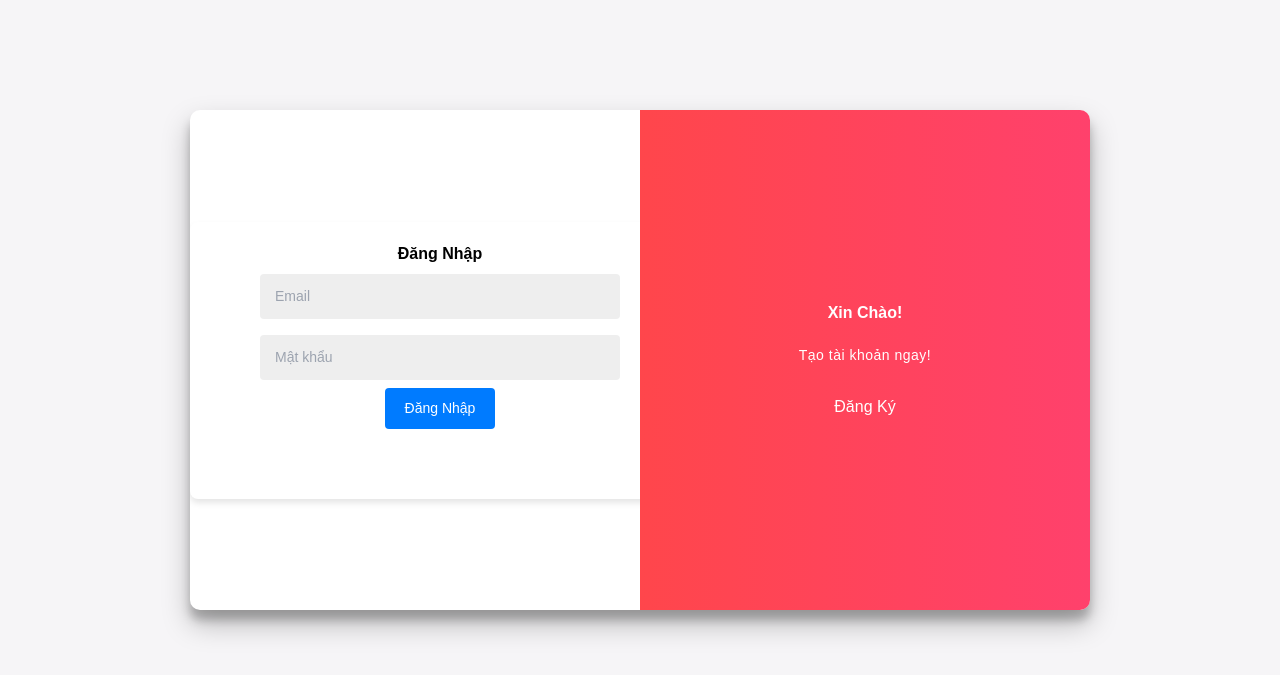
Repository: BlackWolf2002/project_airbn_react
Page: /admin/bookings
These files come from the project's save history. The page is drawn as it stood at one moment and after the next save; the edit follows.
The browser window is 1280 px wide. The pictures show the whole page.
The project was rebuilt for these pictures with package versions that can differ from the ones it lists, and the page was loaded fresh each time. Also part of the build but not shown: vite.config.js, src/api/apiService.js, src/style/Home.css, src/components/Navbar.jsx, src/style/Footer.css, src/components/Footer.jsx, src/components/Home.jsx, src/style/Admin.css and 17 more.

Above is the page before, as saved 2025-02-16 19:21:56.

### src/App.jsx
import React from "react";
import {
    BrowserRouter as Router,
    Route,
    Routes,
    Navigate,
} from "react-router-dom";
import { AuthProvider } from "./contexts/AuthContext";
import Home from "./components/Home";
import Login from "./pages/Login";
import AdminPage from "./pages/AdminPage";
import AdminRoute from "./routes/AdminRoute";
import RoomManagement from "./pages/RoomManagement";
import ViTri from "./pages/ViTri";
import BookingManagement from "./pages/BookingManagement";

function App() {
    return (
        <AuthProvider>
            <Router>
                <Routes>
                    <Route path="/" element={<Home />} />
                    <Route path="/login" element={<Login />} />
                    <Route path="/register" element={<Login />} />

                    {/* Nếu vào /admin, tự động chuyển hướng đến /admin/users */}
                    <Route
                        path="/admin"
                        element={<Navigate to="/admin/users" />}
                    />

                    {/* Route cho trang Admin */}
                    <Route
                        path="/admin/users"
                        element={
                            <AdminRoute>
                                <AdminPage />
                            </AdminRoute>
                        }
                    />

                    {/* Route cho quản lý Room */}
                    <Route
                        path="/admin/rooms"
                        element={
                            <AdminRoute>
                                <RoomManagement />
                            </AdminRoute>
                        }
                    />

                    {/* Route cho quản lý Vị Trí*/}
                    <Route
                        path="/admin/locations"
                        element={
                            <AdminRoute>
                                <ViTri />
                            </AdminRoute>
                        }
                    />

                    {/* Route cho quản lý Booking*/}
                    <Route
                        path="/admin/bookings"
                        element={
                            <AdminRoute>
                                <BookingManagement />
                            </AdminRoute>
                        }
                    />
                </Routes>
            </Router>
        </AuthProvider>
    );
}

export default App;

### src/contexts/AuthContext.jsx
import React, { createContext, useState, useEffect } from "react";

export const AuthContext = createContext();

export const AuthProvider = ({ children }) => {
    const [user, setUser] = useState(null);

    useEffect(() => {
        try {
            const storedUser = localStorage.getItem("user");
            if (storedUser) {
                setUser(JSON.parse(storedUser)); // Kiểm tra JSON trước khi parse
            }
        } catch (error) {
            console.error("Lỗi parse JSON:", error);
            localStorage.removeItem("user"); // Xóa dữ liệu lỗi
        }
    }, []);

    const loginUser = (userData) => {
        setUser(userData);
        localStorage.setItem("user", JSON.stringify(userData));
    };

    const logoutUser = () => {
        setUser(null);
        localStorage.removeItem("user");
        localStorage.removeItem("token");
    };

    return (
        <AuthContext.Provider value={{ user, loginUser, logoutUser }}>
            {children}
        </AuthContext.Provider>
    );
};

### src/pages/Login.jsx
import React, { useState, useContext } from "react";
import { AuthContext } from "../contexts/AuthContext";
import { login, register } from "../api/authService";
import { useNavigate } from "react-router-dom";
import "../style/Login.css";

const Login = () => {
    const { loginUser } = useContext(AuthContext);
    const navigate = useNavigate();
    const [formData, setFormData] = useState({ email: "", password: "" });
    const [isLogin, setIsLogin] = useState(true);
    const [message, setMessage] = useState("");

    const handleChange = (e) => {
        setFormData({ ...formData, [e.target.name]: e.target.value });
    };

    const handleSubmit = async (e) => {
        e.preventDefault();
        try {
            if (isLogin) {
                const data = await login(formData.email, formData.password);

                if (!data || !data.user) {
                    setMessage("Email hoặc mật khẩu không đúng!");
                    return;
                }

                // Lưu thông tin người dùng vào localStorage
                loginUser(data.user);
                localStorage.setItem("token", data.token);
                localStorage.setItem("user", JSON.stringify(data.user));

                // Nếu user là Admin, chuyển đến trang Admin
                if (data.user.role === "ADMIN") {
                    navigate("/admin");
                } else {
                    navigate("/");
                }
            } else {
                await register(formData);
                setMessage("Đăng ký thành công! Hãy đăng nhập.");
                setIsLogin(true);
            }
        } catch (error) {
            console.error("Lỗi API:", error);
            setMessage("Có lỗi xảy ra! Vui lòng thử lại.");
        }
    };

    return (
        <div
            className={`container-login ${isLogin ? "" : "right-panel-active"}`}
        >
            <div className="form-container sign-in-container">
                <form onSubmit={handleSubmit}>
                    <h1>Đăng Nhập</h1>
                    <input
                        type="email"
                        name="email"
                        placeholder="Email"
                        onChange={handleChange}
                        required
                    />
                    <input
                        type="password"
                        name="password"
                        placeholder="Mật khẩu"
                        onChange={handleChange}
                        required
                    />
                    <button type="submit">Đăng Nhập</button>
                    <p className="message">{message}</p>
                </form>
            </div>

            <div className="form-container sign-up-container">
                <form onSubmit={handleSubmit}>
                    <h1>Đăng Ký</h1>
                    <input
                        type="text"
                        name="name"
                        placeholder="Tên"
                        onChange={handleChange}
                        required
                    />
                    <input
                        type="email"
                        name="email"
                        placeholder="Email"
                        onChange={handleChange}
                        required
                    />
                    <input
                        type="password"
                        name="password"
                        placeholder="Mật khẩu"
                        onChange={handleChange}
                        required
                    />
                    <button type="submit">Đăng Ký</button>
                    <p className="message">{message}</p>
                </form>
            </div>

            <div className="overlay-container">
                <div className="overlay">
                    <div className="overlay-panel overlay-left">
                        <h1>Chào Mừng Trở Lại!</h1>
                        <p>Để tiếp tục, hãy đăng nhập</p>
                        <button
                            className="ghost"
                            onClick={() => setIsLogin(true)}
                        >
                            Đăng Nhập
                        </button>
                    </div>
                    <div className="overlay-panel overlay-right">
                        <h1>Xin Chào!</h1>
                        <p>Tạo tài khoản ngay!</p>
                        <button
                            className="ghost"
                            onClick={() => setIsLogin(false)}
                        >
                            Đăng Ký
                        </button>
                    </div>
                </div>
            </div>
        </div>
    );
};

export default Login;

### src/routes/AdminRoute.jsx
import React, { useContext, useEffect, useState } from "react";
import { Navigate } from "react-router-dom";
import { AuthContext } from "../contexts/AuthContext";

const AdminRoute = ({ children }) => {
    const { user, loginUser } = useContext(AuthContext);
    const [isLoading, setIsLoading] = useState(true);

    useEffect(() => {
        const storedUser = localStorage.getItem("user");
        if (storedUser) {
            loginUser(JSON.parse(storedUser)); // Cập nhật user vào context
        }
        setIsLoading(false);
    }, [loginUser]);

    if (isLoading) return <div>Loading...</div>;

    if (!user || user.role !== "ADMIN") {
        return <Navigate to="/login" replace />;
    }

    return children;
};

export default AdminRoute;

### src/api/authService.js
import axios from "axios";

const API_URL = "https://airbnbnew.cybersoft.edu.vn/api/auth";
const TOKEN_CYBERSOFT =
    "eyJhbGciOiJIUzI1NiIsInR5cCI6IkpXVCJ9.eyJ0ZW5Mb3AiOiJOb2RlanMgNDgiLCJIZXRIYW5TdHJpbmciOiIxNi8wOC8yMDI1IiwiSGV0SGFuVGltZSI6IjE3NTUzMDI0MDAwMDAiLCJuYmYiOjE3MzU5MjM2MDAsImV4cCI6MTc1NTQ1MDAwMH0.qhz1imNFTn5VsERO5GZAfbkm944w0Vguuy5WQFo_d0Y";

// Hàm đăng nhập
export const login = async (email, password) => {
    try {
        const response = await axios.post(
            "https://airbnbnew.cybersoft.edu.vn/api/auth/signin",
            { email, password },
            {
                headers: {
                    "Content-Type": "application/json",
                    TokenCybersoft: TOKEN_CYBERSOFT,
                },
            }
        );

        if (response.data && response.data.content) {
            const { token, user } = response.data.content;

            localStorage.removeItem("token"); // Chỉ xóa token cũ
            localStorage.setItem("token", token);
            localStorage.setItem("user", JSON.stringify(user));

            console.log("✅ Token mới đã được lưu:", token);
            return { token, user };
        } else {
            throw new Error("Đăng nhập thất bại.");
        }
    } catch (error) {
        console.error("❌ Lỗi đăng nhập:", error);
        throw error.response ? error.response.data : error;
    }
};

// Hàm đăng ký
export const register = async (userData) => {
    try {
        const response = await axios.post(`${API_URL}/signup`, userData, {
            headers: {
                "Content-Type": "application/json",
                TokenCybersoft: TOKEN_CYBERSOFT,
            },
        });

        return response.data;
    } catch (error) {
        console.error("Lỗi đăng ký:", error);
        throw error.response ? error.response.data : error;
    }
};

### src/style/Login.css
/* Reset mặc định */
* {
    box-sizing: border-box;
    margin: 0;
    padding: 0;
    font-family: "Montserrat", sans-serif;
}

body {
    display: flex;
    justify-content: center;
    align-items: center;
    height: 100vh;
    background-color: #f6f5f7;
}

.container-login {
    background-color: #fff;
    border-radius: 10px;
    box-shadow: 0 14px 28px rgba(0, 0, 0, 0.25), 0 10px 10px rgba(0, 0, 0, 0.22);
    position: absolute;
    top: 50%;
    left: 50%;
    transform: translate(-50%, -50%);
    max-width: 900px;
    width: 100%;
    min-height: 500px;
    display: flex;
    flex-direction: row;
    justify-content: center;
    align-items: center;
    overflow: hidden;
}

.container-login h1 {
    font-weight: bold;
    margin: 0;
}

.container-login p {
    font-size: 14px;
    font-weight: 100;
    line-height: 20px;
    letter-spacing: 0.5px;
    margin: 20px 0 30px;
}

.container-login {
    display: flex;
    flex-direction: row;
    justify-content: center;
    align-items: center;
    width: 900px;
    height: 500px;
    position: absolute;
    top: 50%;
    left: 50%;
    transform: translate(-50%, -50%);
}

.container-login button:active {
    transform: scale(0.95);
}

.container-login button.ghost {
    background-color: transparent;
    border-color: #ffffff;
}

.container-login form {
    background-color: #ffffff;
    display: flex;
    align-items: center;
    justify-content: center;
    flex-direction: column;
    padding: 0 50px;
    height: 100%;
    text-align: center;
}

.container-login input {
    background-color: #eee;
    border: none;
    padding: 12px 15px;
    margin: 8px 0;
    width: 100%;
}

.form-container {
    width: 50%;
    position: absolute;
    transition: transform 0.6s ease-in-out;
}

.sign-in-container {
    left: 0;
    z-index: 2;
}

.sign-up-container {
    left: 50%;
    opacity: 0;
    z-index: 1;
}

.container-login.right-panel-active .sign-in-container {
    transform: translateX(100%);
    opacity: 0;
    z-index: 1;
}

.container-login.right-panel-active .sign-up-container {
    transform: translateX(-50%);
    opacity: 1;
    z-index: 5;
}

.overlay-container {
    position: absolute;
    top: 0;
    left: 50%;
    width: 50%;
    height: 100%;
    overflow: hidden;
    transition: transform 0.6s ease-in-out;
    z-index: 100;
}

.container-login.right-panel-active .overlay-container {
    transform: translateX(-100%);
}

.overlay {
    background: linear-gradient(to right, #ff4b2b, #ff416c);
    color: #ffffff;
    position: relative;
    left: -100%;
    height: 100%;
    width: 200%;
    transform: translateX(0);
    transition: transform 0.6s ease-in-out;
}

.container-login.right-panel-active .overlay {
    transform: translateX(50%);
}

.overlay-panel {
    position: absolute;
    display: flex;
    align-items: center;
    justify-content: center;
    flex-direction: column;
    padding: 0 40px;
    text-align: center;
    top: 0;
    height: 100%;
    width: 50%;
    transform: translateX(0);
    transition: transform 0.6s ease-in-out;
}

.overlay-left {
    transform: translateX(-20%);
}

.container-login.right-panel-active .overlay-left {
    transform: translateX(0);
}

.overlay-right {
    right: 0;
    transform: translateX(0);
}

.container-login.right-panel-active .overlay-right {
    transform: translateX(20%);
}

.container-login .social-container {
    margin: 20px 0;
}

### src/style/RoomForm.css
.form-overlay {
    position: fixed;
    top: 0;
    left: 0;
    width: 100%;
    height: 100%;
    background: rgba(0, 0, 0, 0.5);
    display: flex;
    justify-content: center;
    align-items: center;
    z-index: 1000;
}

.form-container {
    background: #fff;
    border-radius: 8px;
    width: 500px;
    max-width: 90%;
    padding: 20px;
    box-shadow: 0 4px 6px rgba(0, 0, 0, 0.1);
    animation: fadeIn 0.3s ease-in-out;
}

@keyframes fadeIn {
    from {
        opacity: 0;
        transform: translateY(-20px);
    }
    to {
        opacity: 1;
        transform: translateY(0);
    }
}

h2 {
    margin-bottom: 20px;
    font-size: 20px;
    font-weight: bold;
    color: #333;
    text-align: center;
}

form label {
    display: block;
    font-weight: bold;
    margin-bottom: 5px;
    color: #555;
}

form input,
form select,
form textarea {
    width: 100%;
    padding: 8px 10px;
    margin-bottom: 15px;
    border: 1px solid #ddd;
    border-radius: 4px;
    font-size: 14px;
}

form input[type="file"] {
    border: none;
}

form textarea {
    resize: none;
    height: 80px;
}

form .checkbox-group {
    display: grid;
    grid-template-columns: repeat(2, 1fr);
    gap: 10px;
    margin-bottom: 15px;
}

form .checkbox-group label {
    display: flex;
    align-items: center;
    font-size: 14px;
    gap: 5px;
    font-weight: normal;
}

.form-actions {
    display: flex;
    justify-content: space-between;
    margin-top: 20px;
}

form button {
    padding: 10px 20px;
    font-size: 14px;
    border: none;
    border-radius: 4px;
    cursor: pointer;
    transition: background 0.3s;
}

form button[type="submit"] {
    background: #007bff;
    color: white;
}

form button[type="button"] {
    background: #e0e0e0;
    color: #555;
}

form button[type="submit"]:hover {
    background: #0056b3;
}

form button[type="button"]:hover {
    background: #d6d6d6;
}

### tailwind.config.js
/** @type {import('tailwindcss').Config} */
export default {
  content: ["./src/**/*.{js,jsx,ts,tsx}"],
  theme: {
      extend: {},
  },
  plugins: [],
};

Loaded but not shown: index.html (common file); src/main.jsx (common file); src/index.css (common file)

After the next save:
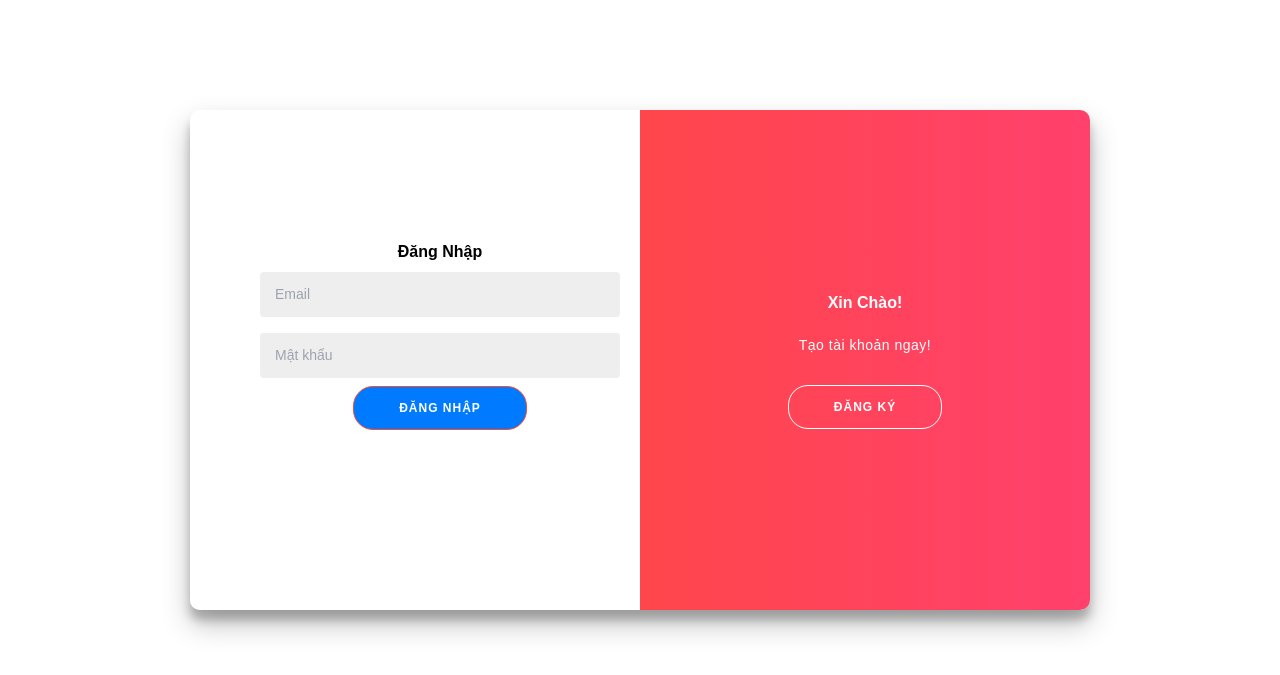
Saved 26 s later.
--- a/src/style/Login.css
+++ b/src/style/Login.css
@@ -1,19 +1,3 @@
-/* Reset mặc định */
-* {
-    box-sizing: border-box;
-    margin: 0;
-    padding: 0;
-    font-family: "Montserrat", sans-serif;
-}
-
-body {
-    display: flex;
-    justify-content: center;
-    align-items: center;
-    height: 100vh;
-    background-color: #f6f5f7;
-}
-
 .container-login {
     background-color: #fff;
     border-radius: 10px;
@@ -25,10 +9,11 @@ body {
     max-width: 900px;
     width: 100%;
     min-height: 500px;
+    font-family: "Montserrat", sans-serif;
     display: flex;
     flex-direction: row;
+    align-items: center;
     justify-content: center;
-    align-items: center;
     overflow: hidden;
 }
 
@@ -45,21 +30,32 @@ body {
     margin: 20px 0 30px;
 }
 
-.container-login {
-    display: flex;
-    flex-direction: row;
-    justify-content: center;
-    align-items: center;
-    width: 900px;
-    height: 500px;
-    position: absolute;
-    top: 50%;
-    left: 50%;
-    transform: translate(-50%, -50%);
+.container-login a {
+    color: #333;
+    font-size: 14px;
+    text-decoration: none;
+    margin: 15px 0;
+}
+
+.container-login button {
+    border-radius: 20px;
+    border: 1px solid #ff4b2b;
+    background-color: #ff4b2b;
+    color: #ffffff;
+    font-size: 12px;
+    font-weight: bold;
+    padding: 12px 45px;
+    letter-spacing: 1px;
+    text-transform: uppercase;
+    transition: transform 80ms ease-in;
 }
 
 .container-login button:active {
     transform: scale(0.95);
+}
+
+.container-login button:focus {
+    outline: none;
 }
 
 .container-login button.ghost {
@@ -87,9 +83,11 @@ body {
 }
 
 .form-container {
+    position: absolute;
+    top: 0;
+    height: 100%;
     width: 50%;
-    position: absolute;
-    transition: transform 0.6s ease-in-out;
+    transition: transform 0.6s ease-in-out, opacity 0.6s ease-in-out;
 }
 
 .sign-in-container {
@@ -99,8 +97,8 @@ body {
 
 .sign-up-container {
     left: 50%;
+    z-index: 1;
     opacity: 0;
-    z-index: 1;
 }
 
 .container-login.right-panel-active .sign-in-container {
@@ -110,7 +108,7 @@ body {
 }
 
 .container-login.right-panel-active .sign-up-container {
-    transform: translateX(-50%);
+    transform: translateX(0);
     opacity: 1;
     z-index: 5;
 }
@@ -131,7 +129,12 @@ body {
 }
 
 .overlay {
+    background: #ff416c;
+    background: -webkit-linear-gradient(to right, #ff4b2b, #ff416c);
     background: linear-gradient(to right, #ff4b2b, #ff416c);
+    background-repeat: no-repeat;
+    background-size: cover;
+    background-position: 0 0;
     color: #ffffff;
     position: relative;
     left: -100%;
